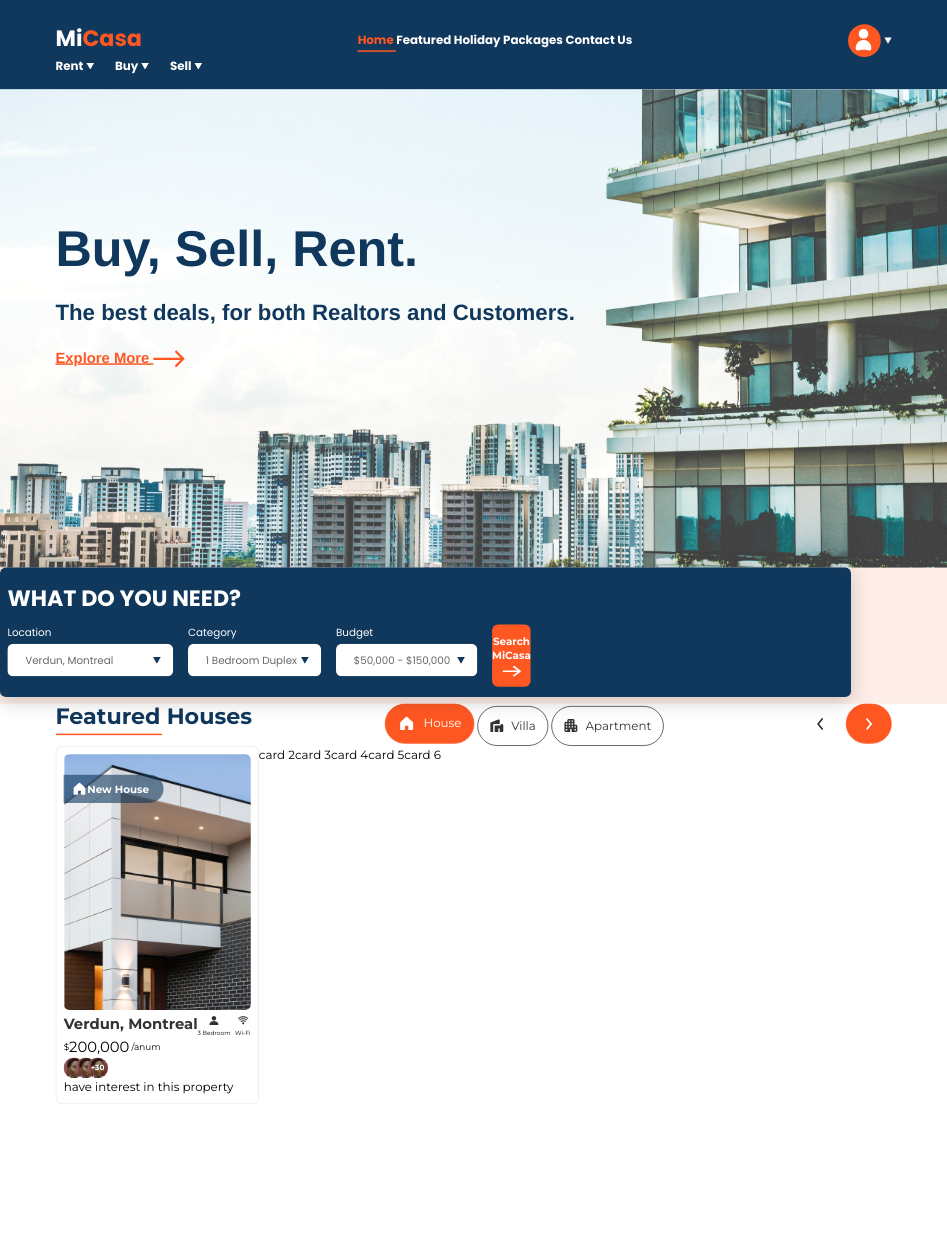
Repository: BenUnyolo/micasa-frontend
Page: index.html
An editor plug-in stored every save of this project. The page is shown before and after the next save, followed by the edit.
The browser window is 1280 px wide. The pictures show the whole page, at 74% of full size.

Above is the page before, as saved 2021-10-17 17:32:48.

### index.html
<!DOCTYPE html>
<html lang="en">
  <head>
    <meta charset="UTF-8" />
    <meta http-equiv="X-UA-Compatible" content="IE=edge" />
    <meta name="viewport" content="width=device-width, initial-scale=1.0" />
    <title>Document</title>
    <link rel="stylesheet" href="tailwind.css" />
  </head>
  <body>
    <!-- HEADER -->
    <header class="pt-8 pb-5 text-white bg-primary-600">
      <div class="inner-container">
        <!-- top row -->
        <div class="flex flex-row justify-between">
          <a
            href="/"
            class="inline-block text-3xl font-bold leading-10 font-poppins"
          >
            Mi<span class="text-secondary-600">Casa</span>
          </a>
          <nav class="flex items-center inline-block">
            <ul class="font-bold li-inline space-x-14 font-poppins">
              <li
                class="
                  text-secondary-600
                  border-b-2
                  pb-0.5
                  border-secondary-600
                "
              >
                <a href="/">Home</a>
              </li>
              <li><a href="#">Featured</a></li>
              <li><a href="#">Holiday Packages</a></li>
              <li><a href="#">Contact Us</a></li>
            </ul>
          </nav>
          <div class="flex flex-row items-center">
            <img src="assets/images/user_avatar.svg" alt="user avatar" />
            <svg
              width="14"
              height="12"
              viewBox="0 0 14 12"
              fill="none"
              xmlns="http://www.w3.org/2000/svg"
              class="pl-1"
            >
              <title>profile dropdown</title>
              <path d="M7 12L0.0717964 0H13.9282L7 12Z" fill="white" />
            </svg>
          </div>
        </div>
        <!-- bottom row -->
        <div>
          <ul class="space-x-6 font-bold li-inline font-poppins">
            <li>
              Rent
              <svg
                width="12"
                height="9"
                viewBox="0 0 12 9"
                fill="none"
                xmlns="http://www.w3.org/2000/svg"
                class="inline-block"
              >
                <path d="M6 9L0.803848 0H11.1962L6 9Z" fill="white" />
              </svg>
            </li>
            <li>
              Buy
              <svg
                width="12"
                height="9"
                viewBox="0 0 12 9"
                fill="none"
                xmlns="http://www.w3.org/2000/svg"
                class="inline-block"
              >
                <path d="M6 9L0.803848 0H11.1962L6 9Z" fill="white" />
              </svg>
            </li>
            <li>
              Sell
              <svg
                width="12"
                height="9"
                viewBox="0 0 12 9"
                fill="none"
                xmlns="http://www.w3.org/2000/svg"
                class="inline-block"
              >
                <path d="M6 9L0.803848 0H11.1962L6 9Z" fill="white" />
              </svg>
            </li>
          </ul>
        </div>
      </div>
    </header>

    <!-- HERO -->
    <div class="hero">
      <div class="flex inner-container">
        <div class="w-6/12">
          <h1 class="text-primary-600">Buy, Sell, Rent.</h1>
          <h2 class="mt-7.5 text-primary-600">
            The best deals, for both Realtors and Customers.
          </h2>
          <a
            href="#"
            class="
              inline-block
              mt-7.5
              text-secondary-600
              font-helvetica font-bold
              text-xl
              underline
            "
            >Explore More
            <svg
              width="43"
              height="23"
              viewBox="0 0 43 23"
              fill="none"
              xmlns="http://www.w3.org/2000/svg"
              class="inline-block"
            >
              <path
                d="M41.6936 12.9142C42.2794 12.3284 42.2794 11.3786 41.6936 10.7929L32.1477 1.24691C31.5619 0.661127 30.6122 0.661127 30.0264 1.24691C29.4406 1.8327 29.4406 2.78245 30.0264 3.36823L38.5117 11.8535L30.0264 20.3388C29.4406 20.9246 29.4406 21.8743 30.0264 22.4601C30.6122 23.0459 31.5619 23.0459 32.1477 22.4601L41.6936 12.9142ZM0.0714722 13.3535H40.633V10.3535H0.0714722V13.3535Z"
                fill="#FF5722"
              />
            </svg>
          </a>
        </div>
      </div>
    </div>

    <!-- SEARCH & HOW IT WORKS -->
    <div class="relative">
      <!-- what do you need -->
      <div
        class="absolute w-full pt-5 -mb-5 text-sm text-white rounded-lg  px-28 pb-7 font-poppins bg-primary-600 absolute-center inner-container -top-32"
        id="homepage-search"
      >
        <h3 class="leading-normal uppercase font-poppins">What do you need?</h3>
        <!-- search boxes -->
        <span class="inline-block w-full mt-3">
          <div class="flex flex-wrap -m-2.5">
            <!-- location -->
            <div class="w-1/3 p-2.5">
              <label for="location" class="block">Location</label>
              <select name="location" id="search-location">
                <option value="verdun-montreal">Verdun, Montreal</option>
                <option value="sthenri-montreal">Saint Henri, Montreal</option>
                <option value="littleburgundy-montreal">
                  Little Burgundy, Montreal
                </option>
              </select>
            </div>
            <!-- category -->
            <div class="w-1/3 p-2.5">
              <label for="category" class="block">Category</label>
              <select name="category" id="search-category">
                <option value="1br-duplex">1 Bedroom Duplex</option>
                <option value="2br-duplex">2 Bedroom Duplex</option>
                <option value="3br-duplex">3 Bedroom Duplex</option>
              </select>
            </div>
            <!-- category -->
            <div class="w-1/3 p-2.5">
              <label for="budget" class="block">Budget</label>
              <select name="budget" id="search-budget">
                <option value="50k-150k">$50,000 - $150,000</option>
                <option value="150k-250k">$150,001 - $250,000</option>
                <option value="250k-350k">$250,001 - $350,000</option>
              </select>
            </div>
            <!-- search button -->
            <div class="w-1/3 p-2.5 ml-auto">
              <div class="relative w-full">
                <button class="absolute btn-standard">
                  Search MiCasa
                  <svg
                    width="25"
                    height="15"
                    viewBox="0 0 25 15"
                    fill="none"
                    xmlns="http://www.w3.org/2000/svg"
                    class="inline-block"
                  >
                    <path
                      d="M1.5625 8H20.0938L14.4219 12.36C14.2906 12.4611 14.1916 12.5778 14.1308 12.7034C14.0699 12.829 14.0483 12.961 14.0672 13.0919C14.1052 13.3564 14.3059 13.6003 14.625 13.77C14.9441 13.9397 15.3555 14.0214 15.7686 13.997C16.1818 13.9726 16.5629 13.8442 16.8281 13.64L24.6406 7.64C24.6932 7.59228 24.7402 7.54214 24.7812 7.49C24.7813 7.44 24.8594 7.41 24.8906 7.36C24.9614 7.24534 24.9985 7.12329 25 7C24.9985 6.87671 24.9614 6.75466 24.8906 6.64C24.8906 6.59 24.8125 6.56 24.7812 6.51C24.7402 6.45786 24.6932 6.40773 24.6406 6.36L16.8281 0.360002C16.6812 0.247119 16.4972 0.156339 16.2893 0.0941181C16.0814 0.0318971 15.8545 -0.000236672 15.625 1.91036e-06C15.2599 -0.000454603 14.9061 0.0809208 14.625 0.230002C14.4668 0.313951 14.336 0.417051 14.2401 0.533399C14.1443 0.649746 14.0852 0.777054 14.0663 0.908031C14.0475 1.03901 14.0692 1.17108 14.1302 1.29668C14.1912 1.42229 14.2903 1.53895 14.4219 1.64L20.0938 6H1.5625C1.1481 6 0.750672 6.10536 0.457646 6.2929C0.16462 6.48043 0 6.73479 0 7C0 7.26522 0.16462 7.51957 0.457646 7.70711C0.750672 7.89464 1.1481 8 1.5625 8Z"
                      fill="white"
                    />
                  </svg>
                </button>
              </div>
            </div>
          </div>
        </span>
      </div>
      <!-- how it works -->
      <div class="pb-10 bg-secondary-600 bg-opacity-10 pt-28 text-grey-800">
        <div class="inner-container">
          <h3 class="text-center">How It Works</h3>
          <div class="flex mt-10">
            <!-- find a listing -->
            <div class="flex w-1/3">
              <div class="flex items-center flex-none">
                <img src="assets/images/find_listing.png" alt="" />
              </div>
              <div class="pl-5">
                <h4 class="font-bold">Find A Listing</h4>
                <p class="mt-2 text-xs">
                  Make a choice of the type of apartment and qualities that
                  appeal to your interest.
                </p>
              </div>
            </div>
            <!-- talk to an agent -->
            <div class="flex w-1/3">
              <div class="flex items-center flex-none">
                <img src="assets/images/talk_to_agent.png" alt="" />
              </div>
              <div class="pl-5">
                <h4 class="font-bold">Talk to an Agent</h4>
                <p class="mt-2 text-xs">
                  Our Agents are available 24 Hours Mon-Sat.
                </p>
              </div>
            </div>
            <!-- set the date -->
            <div class="flex w-1/3">
              <div class="flex items-center flex-none">
                <img src="assets/images/set_date.png" alt="" />
              </div>
              <div class="pl-5">
                <h4 class="font-bold">Set the date and Move in!</h4>
                <p class="mt-2 text-xs">
                  Make payments, get reciept and all other important documents,
                  set your move-in date.
                </p>
              </div>
            </div>
          </div>
        </div>
      </div>
    </div>

    <!-- FEATURED HOUSES -->
    <div class="pt-24 inner-container">
      <!-- title row -->
      <div class="flex flex-row justify-between">
        <!-- title -->
        <h3 class="inline-block orange-underline">Featured Houses</h3>
        <!-- building type buttons -->
        <div class="space-x-7">
          <button class="btn-rounded btn-rounded--orange">
            <svg
              width="25"
              height="24"
              viewBox="0 0 25 24"
              fill="none"
              class="inline-block mr-2.5"
              xmlns="http://www.w3.org/2000/svg"
            >
              <path
                d="M21.298 10.7351V19.179C21.2978 19.4439 21.2261 19.7037 21.0903 19.9311C20.9546 20.1584 20.7599 20.3449 20.5269 20.4707C20.3157 20.5849 20.0789 20.6433 19.8388 20.6402H15.45C15.2562 20.6402 15.0704 20.5632 14.9334 20.4262C14.7964 20.2892 14.7194 20.1033 14.7194 19.9096V15.5253C14.7194 15.3315 14.6424 15.1457 14.5054 15.0087C14.3684 14.8717 14.1825 14.7947 13.9888 14.7947H11.0664C10.8726 14.7947 10.6868 14.8717 10.5497 15.0087C10.4127 15.1457 10.3358 15.3315 10.3358 15.5253V19.9096C10.3358 20.1033 10.2588 20.2892 10.1218 20.4262C9.98476 20.5632 9.79892 20.6402 9.60516 20.6402H5.22491C5.01776 20.6407 4.81289 20.5969 4.62403 20.5118C4.43516 20.4267 4.26667 20.3023 4.12983 20.1467C3.88963 19.8689 3.75934 19.5128 3.76353 19.1456V10.735C3.76368 10.5314 3.8063 10.3301 3.88865 10.1439C3.971 9.95775 4.09128 9.79079 4.2418 9.65371L11.5472 3.01134C11.8155 2.76554 12.1662 2.62918 12.5301 2.62915C12.894 2.62912 13.2448 2.76541 13.5132 3.01116L20.8198 9.6538C20.9703 9.7909 21.0906 9.95787 21.1729 10.1441C21.2552 10.3302 21.2978 10.5315 21.298 10.7351Z"
                class="fill-current"
              />
            </svg>
            House
          </button>
          <button class="btn-rounded">
            <svg
              width="19"
              height="18"
              viewBox="0 0 19 18"
              fill="none"
              class="inline-block mr-2.5"
              xmlns="http://www.w3.org/2000/svg"
            >
              <path
                d="M4.52066 17.0955H1.59825C1.06247 17.0955 0.624107 16.6571 0.624107 16.1213V5.10381C0.624107 4.69468 0.867642 4.33424 1.24756 4.18812L11.9631 0.0675206C12.1112 0.0103599 12.271 -0.00973006 12.4287 0.00899941C12.5864 0.0277289 12.7371 0.0847102 12.8677 0.174983C12.9983 0.265256 13.1048 0.386083 13.1781 0.526948C13.2513 0.667813 13.289 0.824446 13.2879 0.98321V6.37993H5.4948C4.95902 6.37993 4.52066 6.8183 4.52066 7.35407V17.0955ZM14.262 8.32821H7.44307C6.9073 8.32821 6.46894 8.76657 6.46894 9.30235V16.1213C6.46894 16.6571 6.9073 17.0955 7.44307 17.0955H11.3396V13.1989C11.3396 12.6631 11.778 12.2248 12.3138 12.2248C12.8495 12.2248 13.2879 12.6631 13.2879 13.1989V17.0955H17.1845C17.7202 17.0955 18.1586 16.6571 18.1586 16.1213V8.32821C18.1586 7.25666 17.2819 6.37993 16.2103 6.37993C15.1388 6.37993 14.262 7.25666 14.262 8.32821Z"
                class="fill-current"
              />
            </svg>
            Villa
          </button>
          <button class="btn-rounded">
            <svg
              width="19"
              height="19"
              viewBox="0 0 19 19"
              fill="none"
              class="inline-block mr-2.5"
              xmlns="http://www.w3.org/2000/svg"
            >
              <path
                d="M14.3568 8.35402V2.50919C14.3568 1.43764 13.4801 0.560913 12.4086 0.560913H6.56373C5.49218 0.560913 4.61545 1.43764 4.61545 2.50919V4.45746H2.66718C1.59563 4.45746 0.718903 5.33419 0.718903 6.40574V16.1471C0.718903 17.2187 1.59563 18.0954 2.66718 18.0954H8.51201V14.1988H10.4603V18.0954H16.3051C17.3767 18.0954 18.2534 17.2187 18.2534 16.1471V10.3023C18.2534 9.23074 17.3767 8.35402 16.3051 8.35402H14.3568ZM4.61545 16.1471H2.66718V14.1988H4.61545V16.1471ZM4.61545 12.2506H2.66718V10.3023H4.61545V12.2506ZM4.61545 8.35402H2.66718V6.40574H4.61545V8.35402ZM8.51201 12.2506H6.56373V10.3023H8.51201V12.2506ZM8.51201 8.35402H6.56373V6.40574H8.51201V8.35402ZM8.51201 4.45746H6.56373V2.50919H8.51201V4.45746ZM12.4086 12.2506H10.4603V10.3023H12.4086V12.2506ZM12.4086 8.35402H10.4603V6.40574H12.4086V8.35402ZM12.4086 4.45746H10.4603V2.50919H12.4086V4.45746ZM16.3051 16.1471H14.3568V14.1988H16.3051V16.1471ZM16.3051 12.2506H14.3568V10.3023H16.3051V12.2506Z"
                class="fill-current"
              />
            </svg>

            Apartment
          </button>
        </div>
        <!-- arrows -->
        <div>
          <button class="border-white btn-rounded text-grey-800">
            <svg
              width="28"
              height="28"
              viewBox="0 0 28 28"
              fill="none"
              class="inline-block"
              xmlns="http://www.w3.org/2000/svg"
            >
              <path
                d="M17.1585 22.2809C17.4219 22.2815 17.677 22.1892 17.8798 22.0201C17.9939 21.9249 18.0882 21.808 18.1574 21.6761C18.2265 21.5441 18.2691 21.3998 18.2827 21.2513C18.2963 21.1027 18.2807 20.953 18.2367 20.8105C18.1927 20.6681 18.1212 20.5358 18.0263 20.4212L12.9775 14.3431L17.846 8.25361C17.9396 8.13762 18.0095 8.00415 18.0517 7.86089C18.0939 7.71762 18.1075 7.56738 18.0918 7.4188C18.0761 7.27021 18.0313 7.12622 17.9601 6.99509C17.889 6.86396 17.7927 6.74828 17.6769 6.6547C17.5603 6.55147 17.4238 6.4736 17.2759 6.42598C17.1279 6.37837 16.9718 6.36204 16.8173 6.37801C16.6628 6.39398 16.5133 6.44191 16.3781 6.5188C16.2428 6.59569 16.1249 6.69986 16.0316 6.8248L10.5884 13.6287C10.4226 13.8316 10.332 14.0861 10.332 14.3488C10.332 14.6114 10.4226 14.8659 10.5884 15.0688L16.2232 21.8727C16.3362 22.0099 16.4798 22.1184 16.6423 22.1893C16.8049 22.2603 16.9817 22.2917 17.1585 22.2809Z"
                class="fill-current"
              />
            </svg>
          </button>
          <button class="btn-rounded btn-rounded--orange">
            <svg
              width="28"
              height="28"
              viewBox="0 0 28 28"
              fill="none"
              class="inline-block"
              xmlns="http://www.w3.org/2000/svg"
            >
              <path
                d="M11.4953 6.37421C11.232 6.37369 10.9768 6.46597 10.774 6.63503C10.6599 6.73022 10.5656 6.84714 10.4964 6.97907C10.4273 7.11101 10.3847 7.25537 10.3711 7.4039C10.3575 7.55242 10.3731 7.70219 10.4171 7.84462C10.4611 7.98705 10.5326 8.11935 10.6275 8.23394L15.6763 14.3121L10.8078 20.4015C10.7142 20.5175 10.6443 20.651 10.6021 20.7943C10.5599 20.9375 10.5463 21.0878 10.562 21.2364C10.5777 21.3849 10.6225 21.5289 10.6937 21.6601C10.7649 21.7912 10.8611 21.9069 10.9769 22.0005C11.0935 22.1037 11.23 22.1816 11.3779 22.2292C11.5259 22.2768 11.682 22.2931 11.8365 22.2771C11.991 22.2612 12.1405 22.2132 12.2757 22.1364C12.411 22.0595 12.5289 21.9553 12.6222 21.8304L18.0654 15.0265C18.2312 14.8236 18.3218 14.5691 18.3218 14.3064C18.3218 14.0437 18.2312 13.7892 18.0654 13.5863L12.4306 6.78244C12.3176 6.64521 12.174 6.53673 12.0115 6.4658C11.8489 6.39487 11.6721 6.36349 11.4953 6.37421Z"
                class="fill-current"
              />
            </svg>
          </button>
        </div>
      </div>
      <!-- house cards -->
      <div class="flex overflow-x-scroll">
        <!-- card 1 -->
        <div class="flex-none w-1/4 border p-2.5 rounded-lg bg-white">
          <!-- top section -->
          <div class="relative">
            <!-- image -->
            <img
              src="assets/images/house_cards/house_1.png"
              alt="house with balcony"
              class="object-cover w-full rounded-lg h-86"
            />
            <!-- tag -->
            <div class="house-card__tag house-card__tag--new-house">
              New House
            </div>
          </div>
          <!-- title section -->
          <div class="flex justify-between mt-3.5">
            <!-- title -->
            <h4 class="inline-flex items-center text-grey-800">
              Verdun, Montreal
            </h4>
            <!-- icons -->
            <div class="inline-flex items-center flex-none">
              <!-- bedrooms -->
              <div class="inline-block">
                <div class="text-center">
                  <svg
                    width="18"
                    height="17"
                    viewBox="0 0 18 17"
                    fill="none"
                    xmlns="http://www.w3.org/2000/svg"
                    class="inline-block"
                  >
                    <path
                      d="M4.01701 15.228C4.01701 15.228 3.00223 15.228 3.00223 14.2132C3.00223 13.1984 4.01701 10.1541 9.0909 10.1541C14.1648 10.1541 15.1796 13.1984 15.1796 14.2132C15.1796 15.228 14.1648 15.228 14.1648 15.228H4.01701ZM9.0909 9.13933C9.89831 9.13933 10.6726 8.81859 11.2436 8.24766C11.8145 7.67674 12.1352 6.9024 12.1352 6.09499C12.1352 5.28759 11.8145 4.51325 11.2436 3.94232C10.6726 3.3714 9.89831 3.05066 9.0909 3.05066C8.28349 3.05066 7.50915 3.3714 6.93823 3.94232C6.36731 4.51325 6.04656 5.28759 6.04656 6.09499C6.04656 6.9024 6.36731 7.67674 6.93823 8.24766C7.50915 8.81859 8.28349 9.13933 9.0909 9.13933Z"
                      fill="#333333"
                    />
                  </svg>
                </div>
                <div class="text-center text-xxxs">3 Bedroom</div>
              </div>
              <!-- wifi -->
              <div class="inline-block pl-1.5">
                <div class="text-center">
                  <svg
                    width="17"
                    height="17"
                    viewBox="0 0 17 17"
                    fill="none"
                    class="inline-block"
                    xmlns="http://www.w3.org/2000/svg"
                  >
                    <path
                      d="M8.60449 4.65059C10.9625 4.65059 13.1625 5.55259 14.7998 7.18993L15.7425 6.24726C13.8538 4.35793 11.3185 3.31726 8.60449 3.31726C5.89049 3.31793 3.35516 4.35793 1.46649 6.24726L2.40916 7.18993C4.04649 5.55259 6.24649 4.65059 8.60449 4.65059ZM12.3852 10.1886C10.3358 8.13926 6.87316 8.13926 4.82383 10.1886L5.76649 11.1313C7.30449 9.59326 9.90449 9.59326 11.4425 11.1313L12.3852 10.1886Z"
                      fill="#333333"
                    />
                    <path
                      d="M14.2291 8.17933C11.1811 5.13 6.02847 5.13 2.98047 8.17933L3.92314 9.122C6.46114 6.584 10.7485 6.584 13.2865 9.122L14.2291 8.17933Z"
                      fill="#333333"
                    />
                    <path
                      d="M8.60448 13.9839C9.34086 13.9839 9.93782 13.387 9.93782 12.6506C9.93782 11.9142 9.34086 11.3173 8.60448 11.3173C7.8681 11.3173 7.27115 11.9142 7.27115 12.6506C7.27115 13.387 7.8681 13.9839 8.60448 13.9839Z"
                      fill="#333333"
                    />
                  </svg>
                </div>
                <div class="text-center text-xxxs">Wi-Fi</div>
              </div>
            </div>
          </div>
          <!-- price -->
          <div class="mt-3.5">
            <p>
              <span class="inline-block text-xs leading-7 align-top">$</span
              ><span class="inline-block text-xl">200,000</span
              ><span class="inline-block text-xs leading-7 align-bottom">
                &nbsp;/anum</span
              >
            </p>
          </div>
          <!-- interest -->
          <div class="relative">
            <img
              src="assets/images/house_cards/placeholder_avatar_1.jpeg"
              class="inline-block object-cover rounded-full h-7 w-7"
              alt="user 1 avatar"
            />
            <img
              src="assets/images/house_cards/placeholder_avatar_1.jpeg"
              class="absolute inline-block object-cover rounded-full  left-4 h-7 w-7"
              alt="user 1 avatar"
            />
            <span class="absolute inline-block left-8 h-7 w-7">
              <span class="relative inline-block w-full h-full">
                <img
                  src="assets/images/house_cards/placeholder_avatar_1.jpeg"
                  class="inline-block object-cover w-full h-full rounded-full"
                  alt="user 1 avatar"
                />
                <span
                  class="absolute font-bold text-white transform -translate-x-1/2 -translate-y-1/2  text-xxs left-1/2 top-1/2"
                  >+30</span
                >
              </span>
            </span>
            <p>have interest in this property</p>
          </div>
        </div>
        <div class="flex-none w-1/4">card 2</div>
        <div class="flex-none w-1/4">card 3</div>
        <div class="flex-none w-1/4">card 4</div>
        <div class="flex-none w-1/4">card 5</div>
        <div class="flex-none w-1/4">card 6</div>
      </div>
      <br />
      <br />
      <br />
      <br />
      <br />
      <br />
      <br />
      <br />
    </div>
  </body>
</html>

Loaded but not shown: tailwind.css (library); assets/images/icons/house_white.svg (3 lines, source omitted)

After the next save:
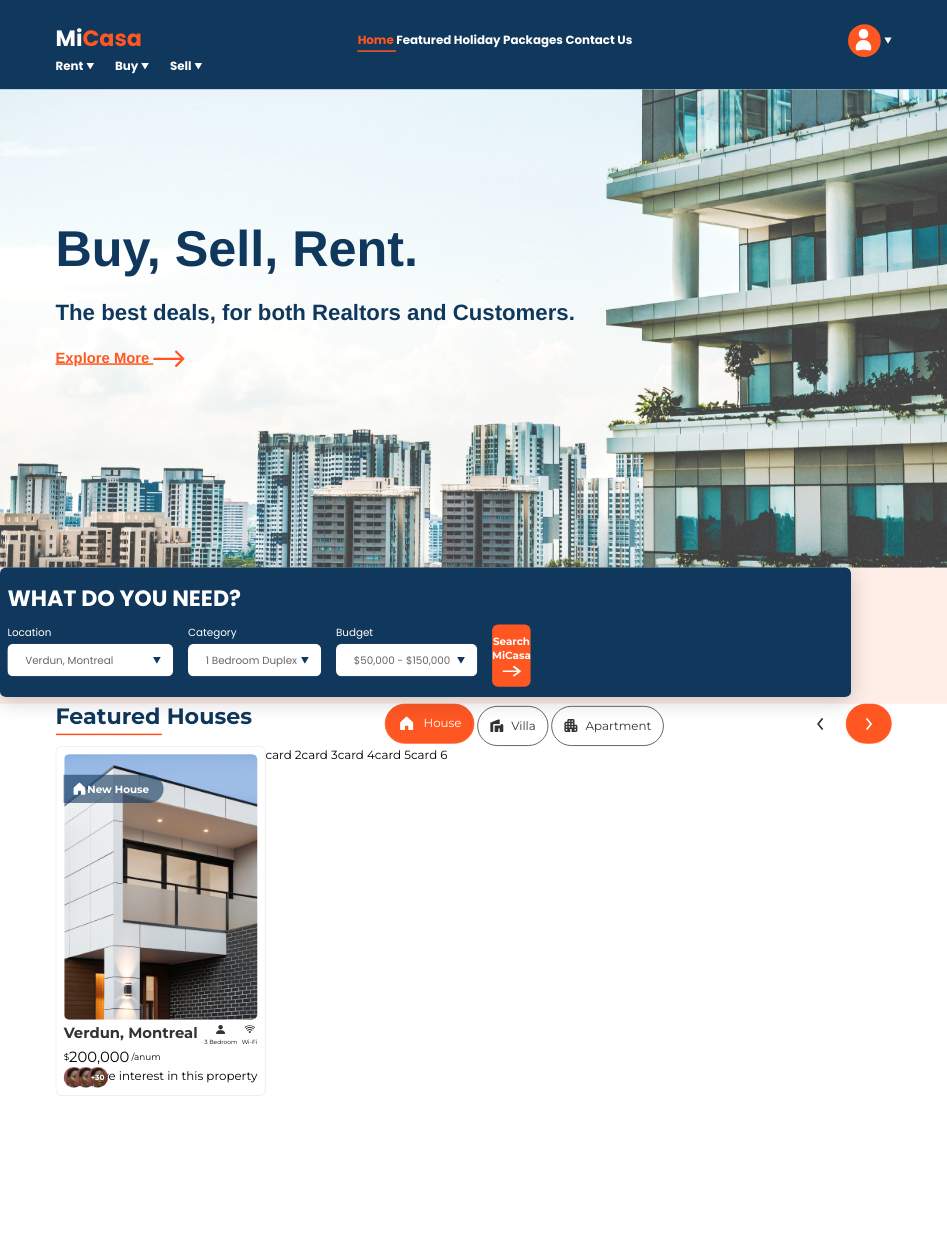
Saved 11 s later.
--- a/index.html
+++ b/index.html
@@ -447,7 +447,7 @@
                 >
               </span>
             </span>
-            <p>have interest in this property</p>
+            <p class="inline-block">have interest in this property</p>
           </div>
         </div>
         <div class="flex-none w-1/4">card 2</div>
